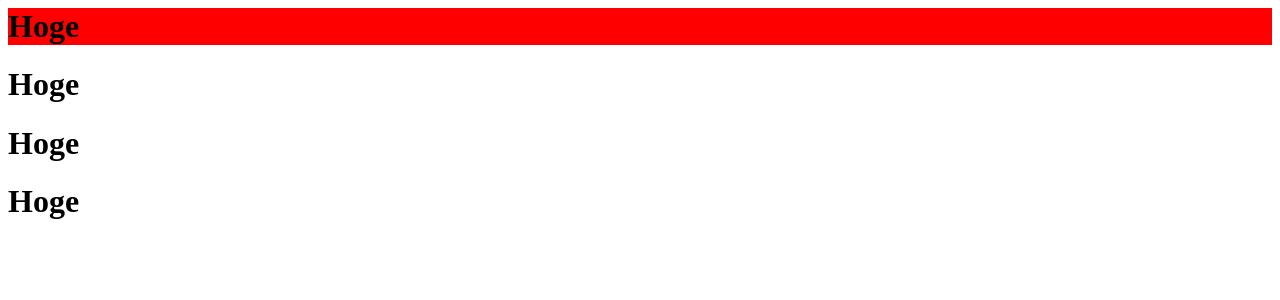
Repository: iwamani/samurai_HTML-CSS
Page: index2.html
The author's editor kept a record of every edit. The page is drawn from the files as they stood at one moment, then again after the next edit.
The browser window is 1280 px wide. The pictures show the whole page.

Above is the page before.

### index2.html
<!--構造疑似クラス-->
<!--
<html lang="ja">
    <head>
        <style>
            /*h1タグの最初の子要素だけにスタイルを適用*/
            h1:first-child {
                background-color: red;
            }
        </style>
    </head>
    <body>
        <h1>Hoge</h1>
        <h1>Fuga</h1>
        <h1>Foo</h1>
        <h1>Bar</h1>
    </body>
</html>
-->

<!--構造疑似クラスその他-->
<!--
<html lang="ja">
    <head>
        <style>
            /*htmlタグ全体の背景色を変更*/
            :root {
                background-color: red;
            }
        </style>
    </head>
    <body>
        <h1>Hoge</h1>
        <h1>Fuga</h1>
        <h1>Foo</h1>
        <h1>Bar</h1>
    </body>
</html>
-->

<html lang="ja">
    <head>
        <style>
            h1:first-child {
                background-color: red;
            }
        </style>
    </head>
    <body>
        <h1>Hoge</h1>
        <h1>Hoge</h1>
        <h1>Hoge</h1>
        <h1>Hoge</h1>
    </body>
</html>

After the next edit:
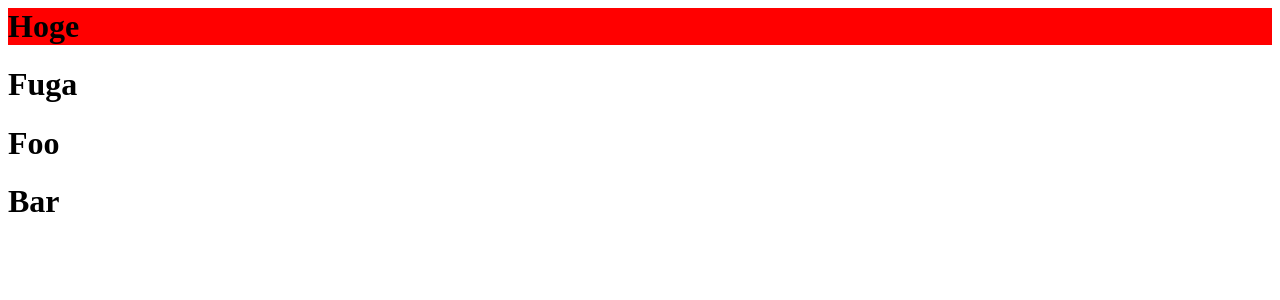
The edit:
--- a/index2.html
+++ b/index2.html
@@ -48,8 +48,8 @@
     </head>
     <body>
         <h1>Hoge</h1>
-        <h1>Hoge</h1>
-        <h1>Hoge</h1>
-        <h1>Hoge</h1>
+        <h1>Fuga</h1>
+        <h1>Foo</h1>
+        <h1>Bar</h1>
     </body>
 </html>
